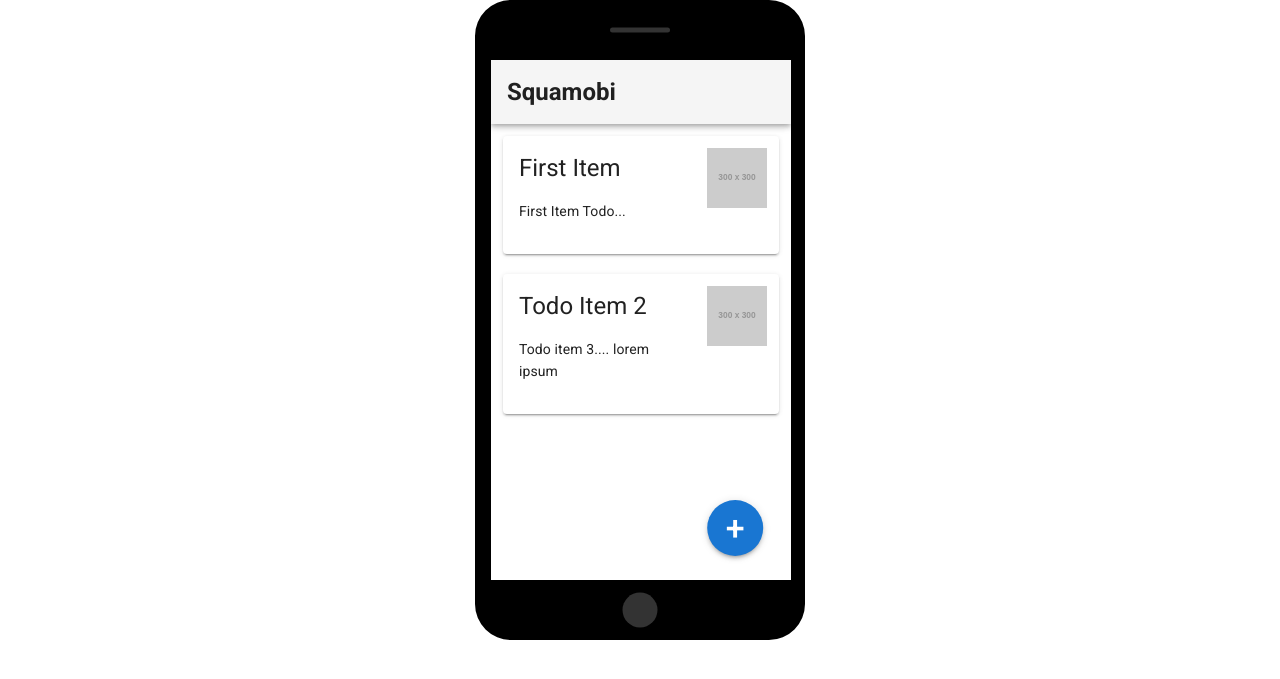
Repository: Keepnox/squamobi-interview
Page: /
An editor plug-in stored every save of this project. The page is shown before and after the next save, followed by the edit.
The browser window is 1280 px wide. The pictures show the whole page.
The project was rebuilt for these pictures with package versions that can differ from the ones it lists, and the page was loaded fresh each time. Also part of the build but not shown: vue.config.js. Imported but missing from the stored project, and not drawn on this page: src/views/About.vue.

Above is the page before, as saved 2022-01-16 02:14:09.

### src/App.vue
<template>
  <smartphone>
    <v-app>
    <v-main>
        <v-app-bar >
          <h2>Squamobi</h2>
        </v-app-bar>

      <!-- Provides the application the proper gutter -->
      <v-container fluid>

        <!-- If using vue-router -->
        <router-view></router-view>
      </v-container>
    </v-main>

  </v-app>
  </smartphone>

</template>

<script>
import Smartphone from './components/Smartphone.vue';

export default {
  name: 'App',

  components: {
    Smartphone,
  },

  data: () => ({
    //
  }),
};
</script>

### src/components/Smartphone.vue
<template>
  <div class="smartphone">
    <div class="content">
      <slot> </slot>
    </div>
  </div>
</template>

<style scoped>

.smartphone {
  position: relative;
  width: 330px;
  height: 640px;
  margin: auto;
  border: 16px black solid;
  border-top-width: 60px;
  border-bottom-width: 60px;
  border-radius: 36px;
}

/* The horizontal line on the top of the device */
.smartphone:before {
  content: '';
  display: block;
  width: 60px;
  height: 5px;
  position: absolute;
  top: -30px;
  left: 50%;
  transform: translate(-50%, -50%);
  background: #333;
  border-radius: 10px;
}

/* The circle on the bottom of the device */
.smartphone:after {
  content: '';
  display: block;
  width: 35px;
  height: 35px;
  position: absolute;
  left: 50%;
  bottom: -65px;
  transform: translate(-50%, -50%);
  background: #333;
  border-radius: 50%;
}

/* The screen (or content) of the device */
.smartphone .content {
  width: 300px;
  height: 520px;
  background: white;
}

.content > * {
  min-height: 100%;
  height: 100%;
}
</style>

### src/views/Home.vue
<template>
  <div id="listOuter">
    <TodoItem
      v-for="(t, index) in todoData"
      :key="index"
      :title="t.title"
      :desc="t.description"
      :image="t.image"
      v-on:click="removeThis(t)"
    ></TodoItem>

    <v-btn
          class="add-button"
          color="primary"
          elevation="3"
          fab
          v-on:click="dialog = !dialog"
        ><span style="font-size:34px;">+</span></v-btn>
        <v-card class="popup" v-if="dialog">
          <div class="popup-title">Add Todo</div>
          <v-text-field
            label="Title"
            hide-details="auto"
            v-model="title"
          ></v-text-field>
          <v-text-field
            label="Description"
            hide-details="auto"
            v-model="description"
          ></v-text-field>
          <v-text-field
            label="Image Url"
            hide-details="auto"
            v-model="image"
          ></v-text-field>
          <v-btn class="add" v-on:click="addTodo">
            Add
          </v-btn>
        </v-card>
  </div>
</template>

<script>

import TodoItem from '@/components/TodoItem.vue'

export default {
  name: 'Home',
  components: {TodoItem},
  data () {
    return {
      todoData: [],
      dialog: false,
      image: "",
      description: "",
      title: ""
    }
  },
  watch: {
    dialog(val) {
      if(val) {
        document.getElementsByTagName('body')[0].classList.add('popup-active')
      } else {
        document.getElementsByTagName('body')[0].classList.remove('popup-active')
      }
    }
  },
  mounted () {
    this.todoData = JSON.parse(localStorage.getItem('todo'))
  },
  created() {
    let defaultData = JSON.parse(localStorage.getItem('todo')) || [
        {
          title: "First Item",
          description: 'First Item Todo...',
          image: "https://unsplash.it/640/425?random"
        },
        {
          title: "Todo Item 2",
          description: 'Todo item 3.... lorem ipsum',
          image: "https://unsplash.it/640/425?random"
        }
      ]
    localStorage.setItem('todo', JSON.stringify(defaultData))
  },
  methods: {
    removeThis(el) {
      console.log(el)
    },
    addTodo() {
      this.todoData.push(
        {
          title: this.title,
          description: this.description,
          image: this.image
        }
      );
      localStorage.setItem('todo', JSON.stringify(this.todoData));
      this.dialog = false;
    }
  }
}
</script>

<style >
.v-application--wrap {
  height: 100%;
  min-height: 100%;
  overflow: hidden;
  overflow-y: scroll;
}
.v-main, v-main__wrap {
  height: 100%;
}
.v-main .container {
  height: calc(100% - 55px);
}
.list-outer
.list-outer {
  position: relative;
  height: 100%;
  width: 100%;
}
.add-button {
  position: fixed;
  right: 50%;
  transform: translatex(220%);
  top: 500px;
}
.popup {
  position: absolute;
  padding: 15px;
  width: 90%;
  top: 50%;
  transform: translateY(-50%);
}
.popup .add {
  margin-top: 20px;
  float: right;
}
.popup .popup-title {
  font-weight: 900;
}
</style>

### src/components/TodoItem.vue
<template>
    <v-card class="mb-5">
      <div class="d-flex flex-no-wrap justify-space-between">
        <div>
          <v-card-title class="text-h5" v-text="title"></v-card-title>

          <v-card-text > {{desc}} </v-card-text>
          <v-card-actions>
          </v-card-actions>
        </div>

        <v-avatar
          class="ma-3"
          size="60"
          tile
        >
          <v-img src="http://placehold.it/300"></v-img>
        </v-avatar>
      </div>
    </v-card>
</template>
<script>
export default {
  props: ["desc", "title", "image"],
  mounted() {
    console.log(this.items)
  }
}
</script>

Loaded but not shown: public/index.html (common file); src/main.js (common file); src/plugins/vuetify.js (common file); src/router/index.js (common file)

After the next save:
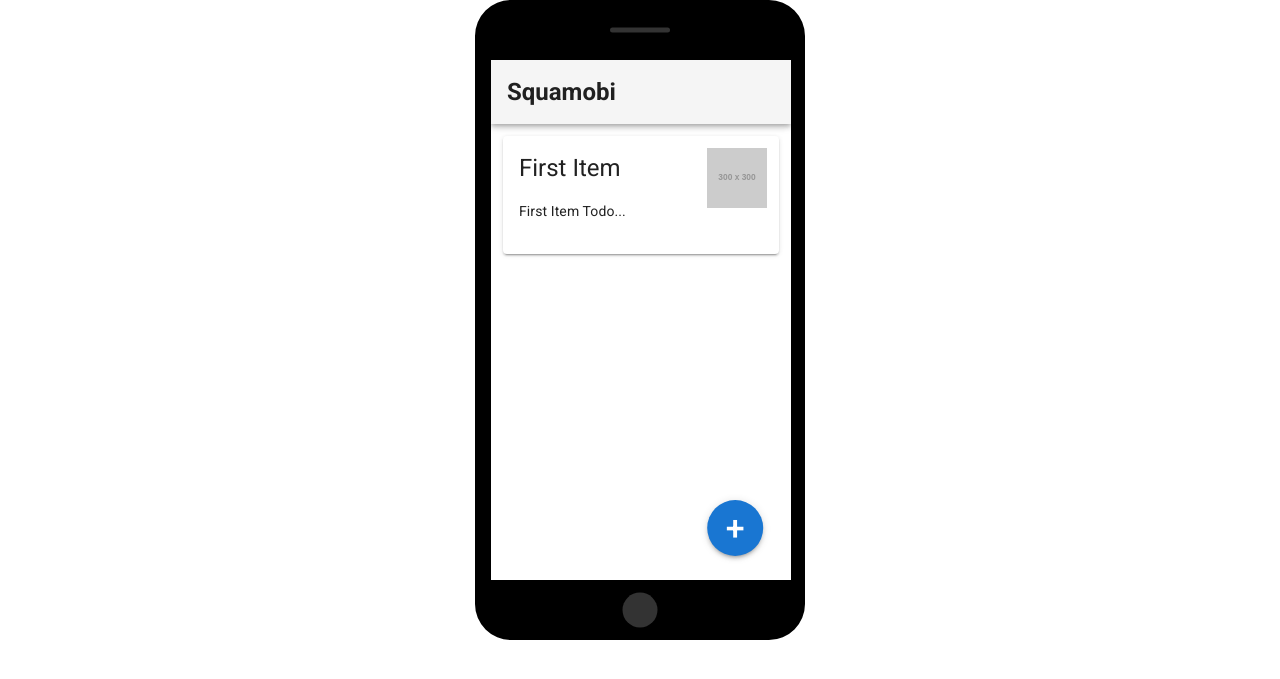
Saved 22 h 23 min later.
--- a/src/views/Home.vue
+++ b/src/views/Home.vue
@@ -75,11 +75,7 @@ export default {
           description: 'First Item Todo...',
           image: "https://unsplash.it/640/425?random"
         },
-        {
-          title: "Todo Item 2",
-          description: 'Todo item 3.... lorem ipsum',
-          image: "https://unsplash.it/640/425?random"
-        }
+
       ]
     localStorage.setItem('todo', JSON.stringify(defaultData))
   },
